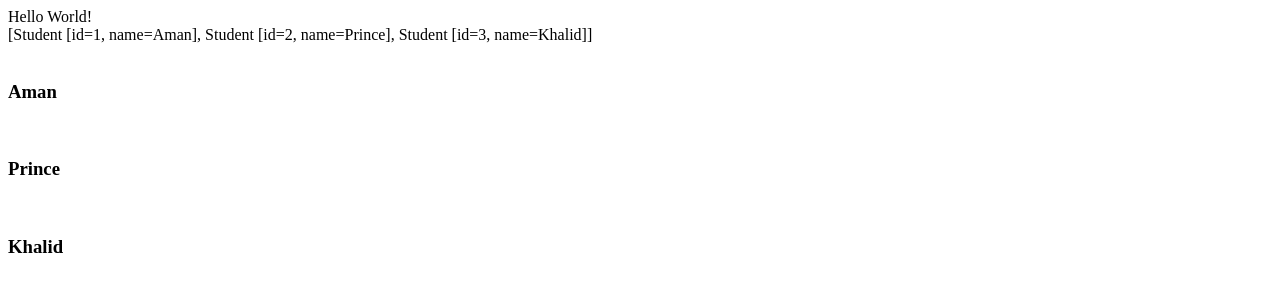
Repository: md-aman-git/Java-Repo-Epam
Page: http://localhost/JSTLDemo/DemoJstl
These files come from the project's save history. The page is drawn as it stood at one moment and after the next save; the edit follows.
The browser window is 1280 px wide. The pictures show the whole page.
The page is served by Tomcat 9.

Above is the page before, as saved 2022-03-07 16:31:08.

After the next save:
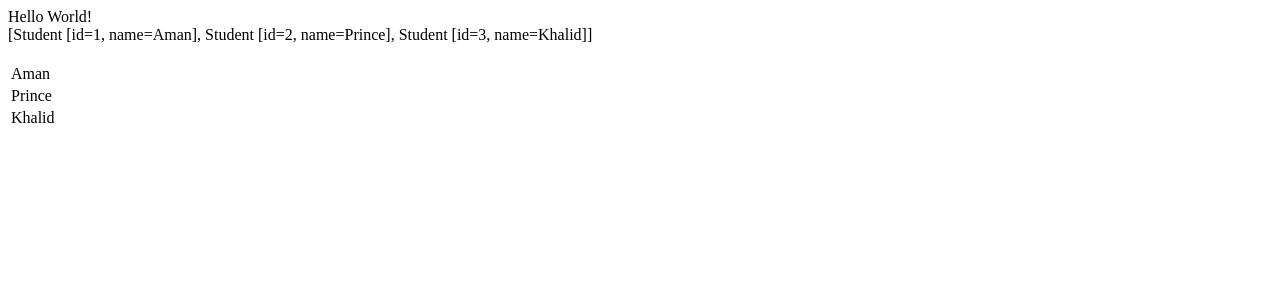
Saved 46 s later.
--- a/JspServlet/JSTLDemo/src/main/webapp/display.jsp
+++ b/JspServlet/JSTLDemo/src/main/webapp/display.jsp
@@ -13,7 +13,9 @@
 	<div>${students}</div><br>
 	<table>
 	<c:forEach items="${students}" var="stud">
-		<h3>${stud.getName()}</h3><br>
+		<tr>
+			<td>${stud.getName()}</td>
+		</tr>
 	</c:forEach>
 	</table>
 </body>
